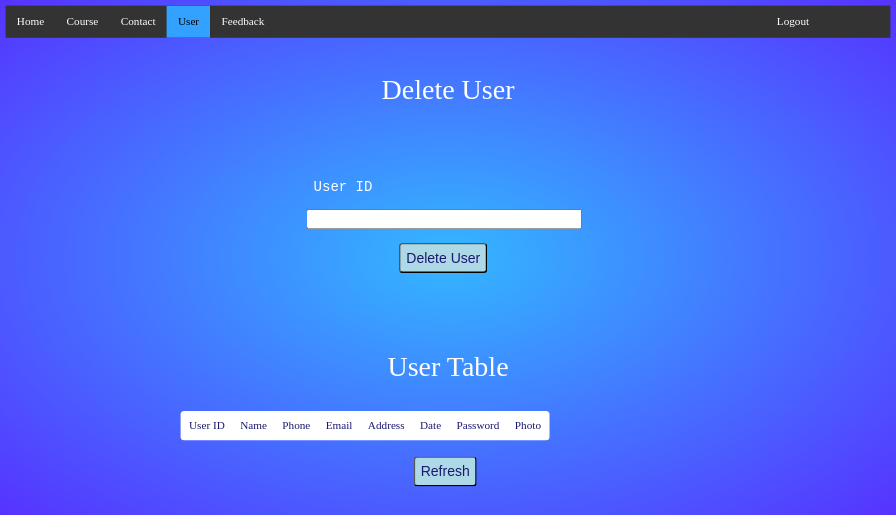
Repository: ShreyasG27/Amdocs-Training
Page: http://localhost/e-learning-frontend/userdisplay.jsp
An editor plug-in stored every save of this project. The page is shown before and after the next save, followed by the edit.
The browser window is 1280 px wide. The pictures show the part of the page from y = 0 to 1920 px (the page is 736 px tall before and 2901 px after), at 70% of full size.
The page is served by Tomcat 9. Queries for data that is not in the repository find no rows.

Above is the page before, as saved 2021-08-24 09:27:00.

After the next save:
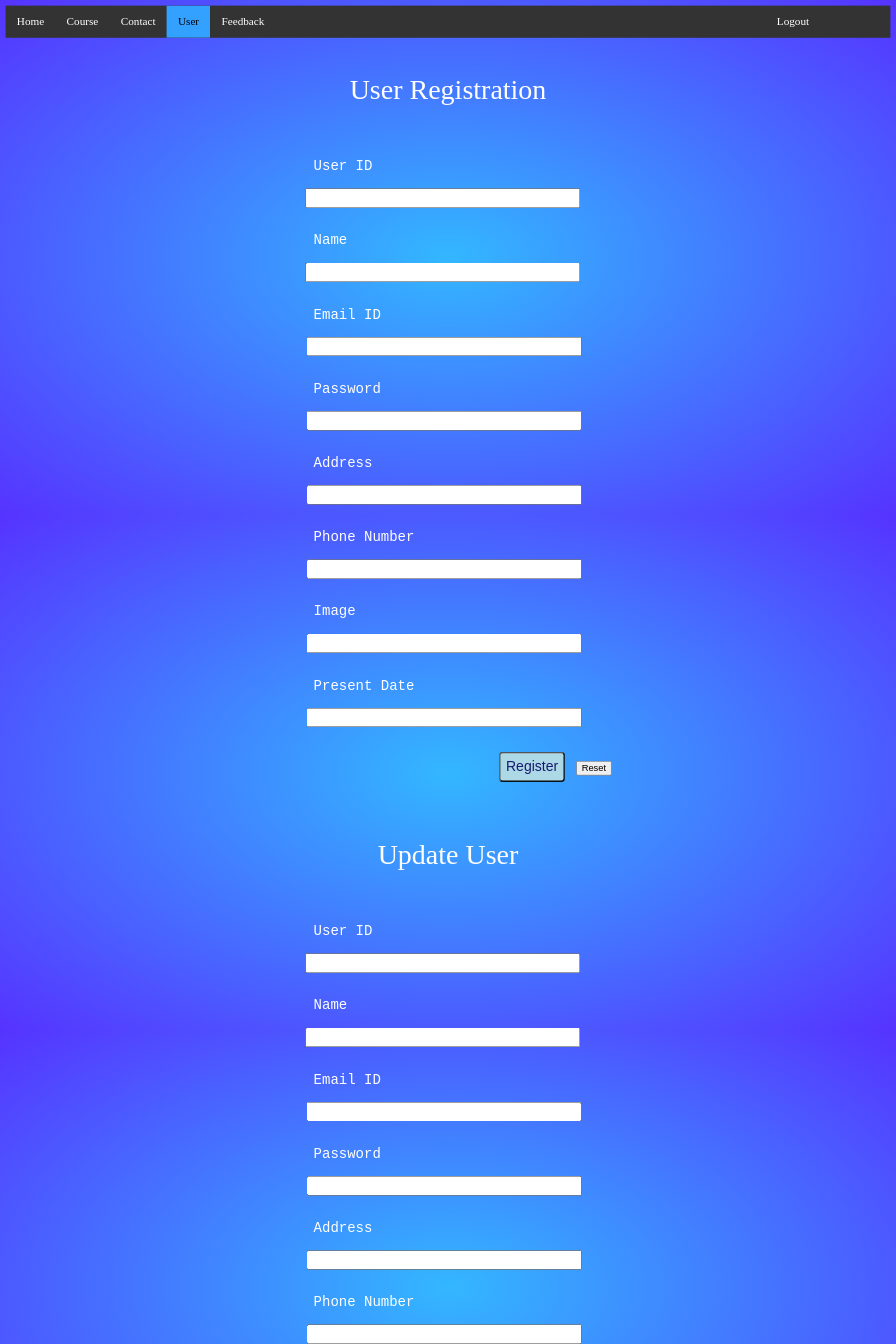
Saved 5 min 3 s later.
--- a/e-learning-frontend/src/main/webapp/userdisplay.jsp
+++ b/e-learning-frontend/src/main/webapp/userdisplay.jsp
@@ -124,7 +124,34 @@ li a:hover:not(.active) {
   <li><a href="feedbackdisplay.jsp">Feedback</a></li>
   <li><a href="index.jsp" style="margin-left:700px;">Logout</a></li>
 </ul>
-
+<center><p class="heading">User Registration</p></center>
+<form action="register" method="POST">
+    <pre>
+    <p class="txtfld">User ID</p> <input class="inputfld1" type="number" name="userid">
+    <p class="txtfld">Name</p> <input class="inputfld1" type="text" name="name">
+    <p class="txtfld">Email ID</p><input class="inputfld" type="email" name="email">
+   <p class="txtfld">Password</p><input class="inputfld" type="password" name="password">
+    <p class="txtfld">Address</p><input class="inputfld" type="text" name="address">
+    <p class="txtfld">Phone Number</p><input class="inputfld" type="number" name="phone">
+    <p class="txtfld">Image</p><input class="inputfld" type="text" name="image">
+    <p class="txtfld">Present Date</p><input class="inputfld" type="text" name="date"><br>
+                <input class="submitbutton" type="submit" value="Register">  <input class="resetbutton" type="reset" value="Reset"><br>
+    </pre>
+</form>
+<center><p class="heading">Update User</p></center>
+<form action="register" method="POST">
+    <pre>
+    <p class="txtfld">User ID</p> <input class="inputfld1" type="number" name="userid">
+    <p class="txtfld">Name</p> <input class="inputfld1" type="text" name="name">
+    <p class="txtfld">Email ID</p><input class="inputfld" type="email" name="email">
+   <p class="txtfld">Password</p><input class="inputfld" type="password" name="password">
+    <p class="txtfld">Address</p><input class="inputfld" type="text" name="address">
+    <p class="txtfld">Phone Number</p><input class="inputfld" type="number" name="phone">
+    <p class="txtfld">Image</p><input class="inputfld" type="text" name="image">
+    <p class="txtfld">Present Date</p><input class="inputfld" type="text" name="date"><br>
+                <input class="submitbutton" type="submit" value="Register">  <input class="resetbutton" type="reset" value="Reset"><br>
+    </pre>
+</form>
 <center><p class="heading">Delete User</p></center>
 <form action="userdelete" method="POST">
     <pre>
